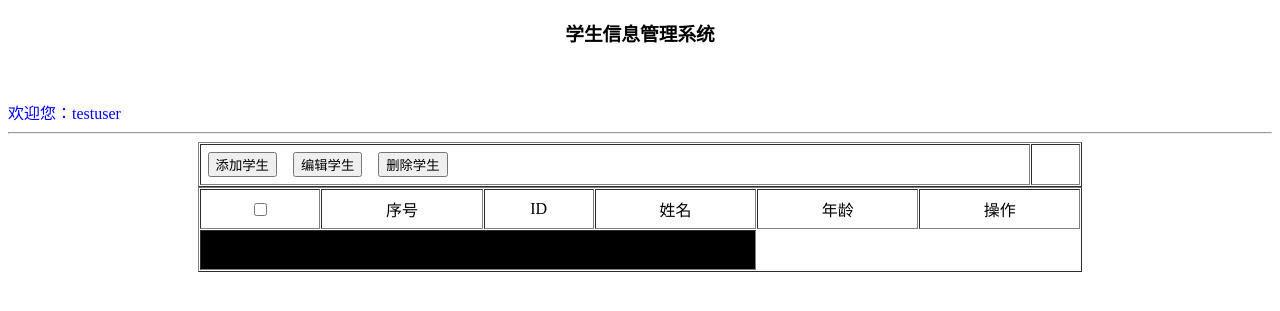
Repository: DataBoxWx/mvc_servlet_3
Page: http://localhost/jsp_1_homework/studentlist.do
These files come from the project's save history. The page is drawn as it stood at one moment and after the next save; the edit follows.
The browser window is 1280 px wide. The pictures show the whole page.
The page is served by Tomcat 9. The session is filled in as if someone had signed in: {"username": "testuser"}. Queries for data that is not in the repository find no rows.

Above is the page before, as saved 2018-05-04 12:32:48.

After the next save:
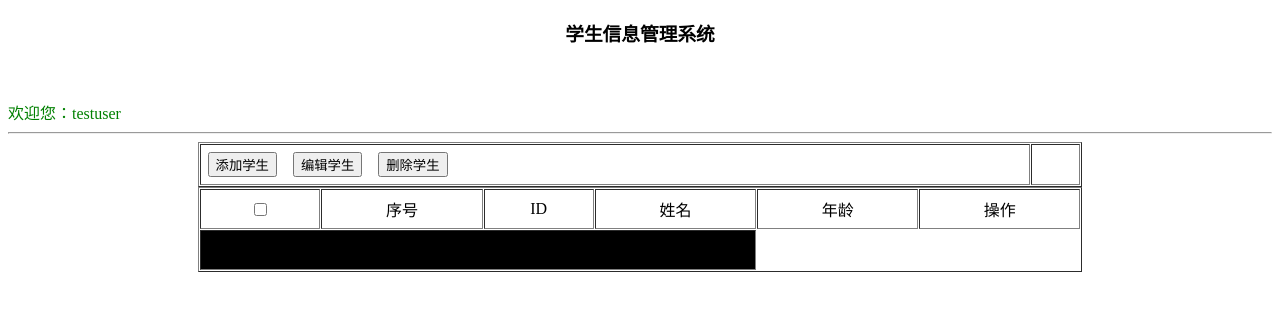
Saved 9 s later.
--- a/jsp_1_homework/WebContent/jsp/studentlist.jsp
+++ b/jsp_1_homework/WebContent/jsp/studentlist.jsp
@@ -84,7 +84,7 @@
 </head>
 <body>
 	<h3 style="text-align:center">学生信息管理系统</h3><br/><br/>
-	<div style="color: blue">欢迎您：${username}</div><hr>
+	<div style="color: green">欢迎您：${username}</div><hr>
 	<table border="1"  align="center" width=70% cellpadding="7" cellspacing="1">
 		<tr>
 			<td style="text-align:left">
